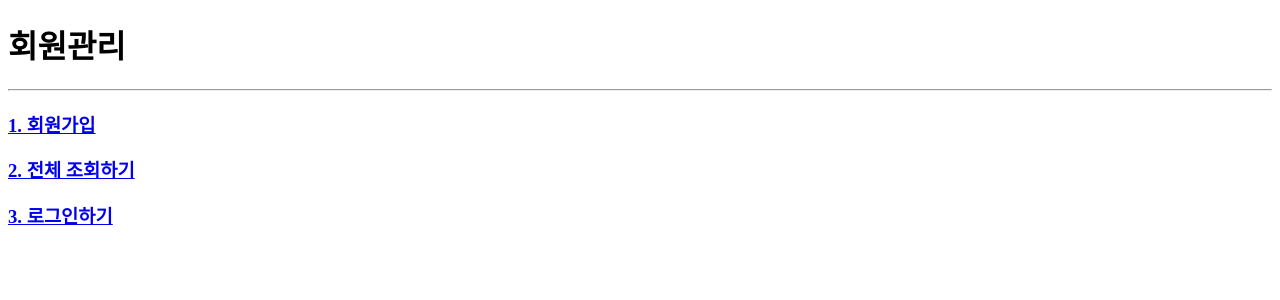
Repository: beescuit9510/toyProjects
Page: http://localhost/05_jspDbProject/
The author's editor kept a copy of each file at every save. The page is drawn from the files as they stood at one save, then again after the next save.
The browser window is 1280 px wide. The pictures show the whole page.
The page is served by Tomcat 9. Other server files are loaded and not shown.

Above is the page before, as saved 2021-09-30 08:07:23.

### web-server-workplace/05_jspDbProject/src/main/webapp/index.jsp
<%@page import="kr.or.iei.member.model.vo.Member"%>
<%@ page language="java" contentType="text/html; charset=UTF-8"
    pageEncoding="UTF-8"%>
    <%
	// sesstion은 여러 객체를 저장하는 공간으로 object 로 처리
	// object는 모든 클래스의 조상 클래스로 다형성으로 처리가 가능
	// session에서 가져온 데이터 또한 object 즉, 다운캐스팅 후 사용해야함
	// 세션에 member라는 키로 로그인한 회원 정보를 저장
    	Member member = (Member)session.getAttribute("member");

    	boolean loggedIn = member!=null;
    	String logInOut= loggedIn?"3. 로그아웃하기":"3. 로그인하기";
    	String href = loggedIn?"/05_jspDbProject/views/logout.jsp":"/05_jspDbProject/views/loginFrm.jsp";
    %>
<!DOCTYPE html>
<html>
<head>
<meta charset="UTF-8">
<title>Insert title here</title>
</head>
<body>
	<h1>회원관리</h1>
	<hr>
	<% if(!loggedIn) %><h3><a href="/05_jspDbProject/views/joinFrm.jsp">1. 회원가입</a></h3>
	<h3><a href="/05_jspDbProject/views/allMember.jsp">2. 전체 조회하기</a></h3>
	<h3><a href=<%=href %>><%=logInOut %></a></h3>
</body>
</html>

After the next save:
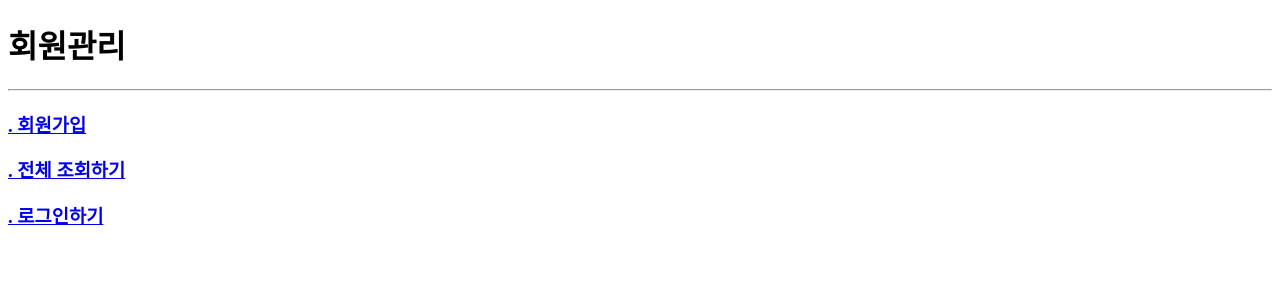
Saved 54 s later.
--- a/web-server-workplace/05_jspDbProject/src/main/webapp/index.jsp
+++ b/web-server-workplace/05_jspDbProject/src/main/webapp/index.jsp
@@ -9,7 +9,7 @@
     	Member member = (Member)session.getAttribute("member");
 
     	boolean loggedIn = member!=null;
-    	String logInOut= loggedIn?"3. 로그아웃하기":"3. 로그인하기";
+    	String logInOut= loggedIn?". 로그아웃하기":". 로그인하기";
     	String href = loggedIn?"/05_jspDbProject/views/logout.jsp":"/05_jspDbProject/views/loginFrm.jsp";
     %>
 <!DOCTYPE html>
@@ -21,8 +21,10 @@
 <body>
 	<h1>회원관리</h1>
 	<hr>
-	<% if(!loggedIn) %><h3><a href="/05_jspDbProject/views/joinFrm.jsp">1. 회원가입</a></h3>
-	<h3><a href="/05_jspDbProject/views/allMember.jsp">2. 전체 조회하기</a></h3>
+	<% if(!loggedIn) %>
+	<h3><a href="/05_jspDbProject/views/joinFrm.jsp">. 회원가입</a></h3>
+
+	<h3><a href="/05_jspDbProject/views/allMember.jsp">. 전체 조회하기</a></h3>
 	<h3><a href=<%=href %>><%=logInOut %></a></h3>
 </body>
 </html>
